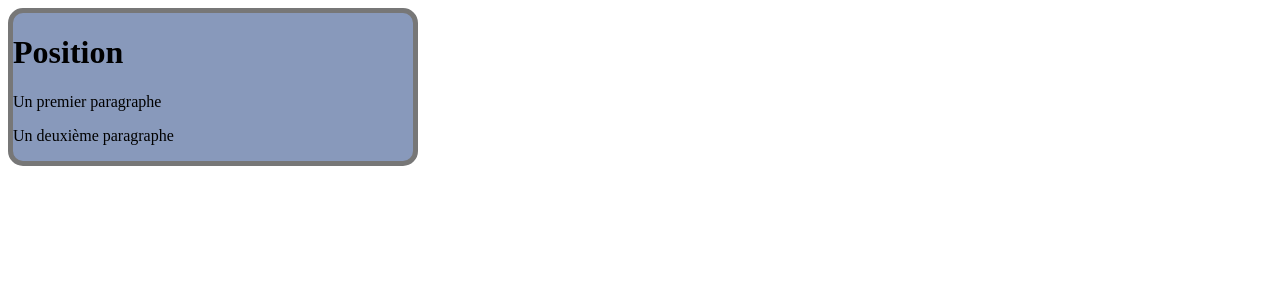
Repository: serviceshuios/-git-reference-java-lyon-worspace
Page: workspaceWeb/MaPremierePage/WebContent/Position.html
The author's editor kept a copy of each file at every save. The page is drawn from the files as they stood at one save, then again after the next save.
The browser window is 1280 px wide. The pictures show the whole page.

Above is the page before, as saved 2017-04-04 09:23:48.

After the next save:
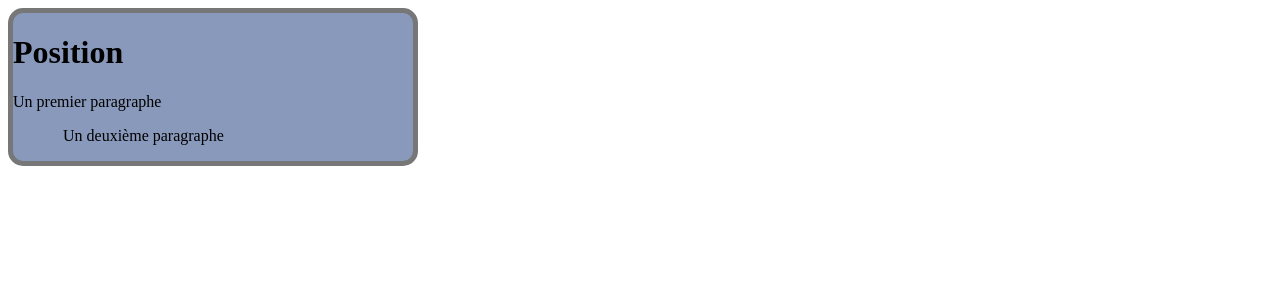
Saved 98 s later.
--- a/workspaceWeb/MaPremierePage/WebContent/css/style13.css
+++ b/workspaceWeb/MaPremierePage/WebContent/css/style13.css
@@ -9,3 +9,7 @@ div{
 	top:100px;
 	left:50px;
 }
+.para2{
+	position: relative;
+	left:50px;
+}
